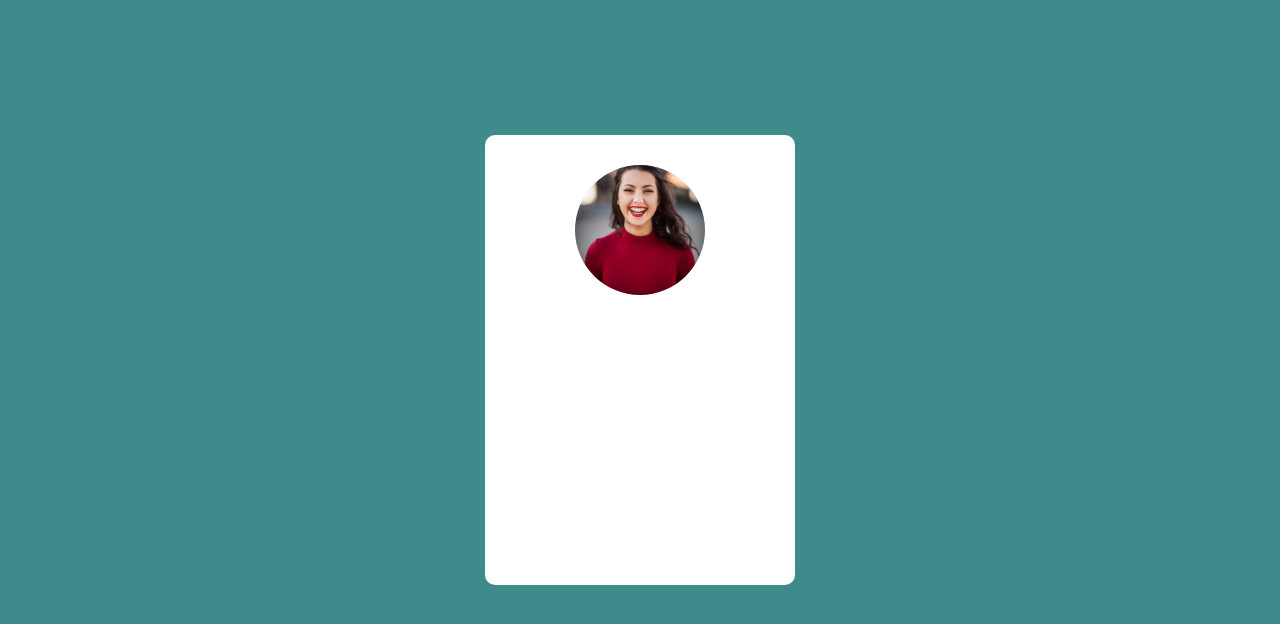
Repository: kiranjeetkaur01/instarequest.github.io
Page: index.html
The author's editor kept a copy of each file at every save. The page is drawn from the files as they stood at one save, then again after the next save.
The browser window is 1280 px wide. The pictures show the whole page.

Above is the page before, as saved 2023-09-12 19:35:56.

### index.html
<!DOCTYPE html>
<html lang="en">
<head>
    <meta charset="UTF-8">
    <meta name="viewport" content="width=device-width, initial-scale=1.0">
    <title>Insta Request Feature</title>
    <link rel="stylesheet" href="style.css">
</head>
<body>
    <div id="main">
        <div id="card">
            <img src="./photo-1494790108377-be9c29b29330.avif" alt="">
        </div>
        <h1></h1>
    </div>

    <script src="script.js"></script>
</body>
</html>

### style.css
*{
    margin: 0;
    padding: 0;
    box-sizing: border-box;
}
html,body{
    height: 100%;
    width: 100%;
}
#main{
    height: 100%;
    width: 100%;
    background-color: rgb(62, 139, 139);
    display: flex;
    align-items: center;
    justify-content: center;
}
#card{
    height: 450px;
    width: 310px;
    background-color: #fff;
    border-radius: 10px;
    padding: 30px;
    text-align: center;
}
#card img{
    height: 130px;
    width: 130px;
    object-fit: cover;
    border-radius: 50%;
}

Loaded but not shown: script.js (no copy from this time; the picture is the same without it)

After the next save:
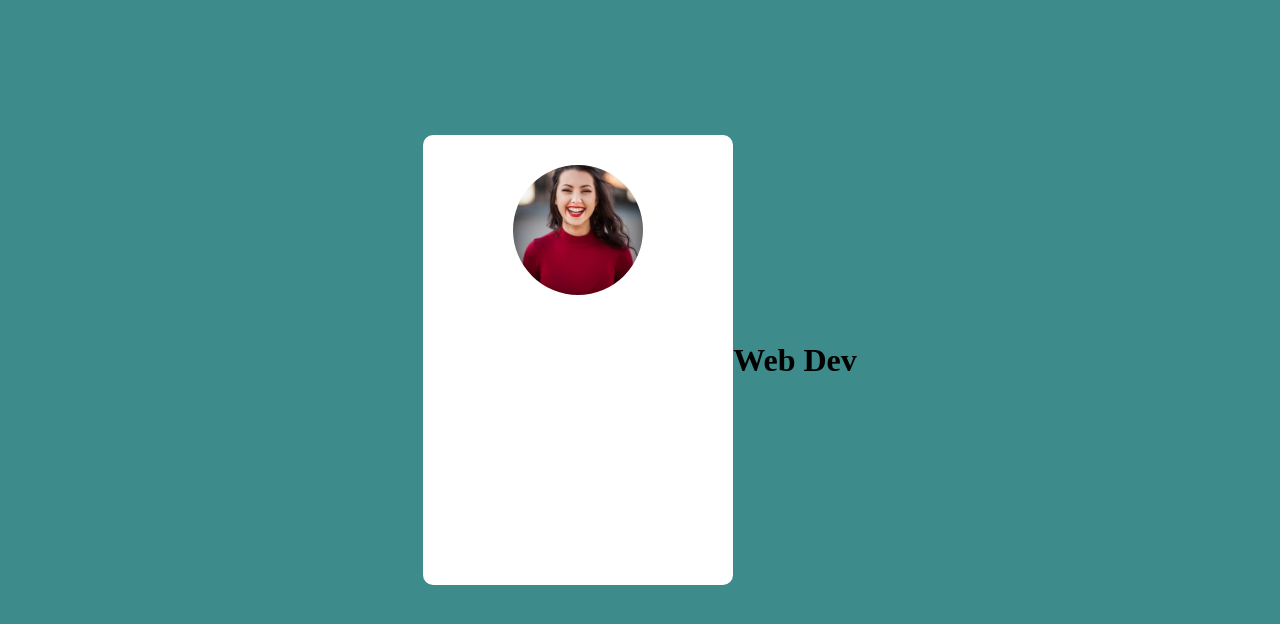
Saved 9 s later.
--- a/index.html
+++ b/index.html
@@ -11,7 +11,7 @@
         <div id="card">
             <img src="./photo-1494790108377-be9c29b29330.avif" alt="">
         </div>
-        <h1></h1>
+        <h1>Web Dev</h1>
     </div>
 
     <script src="script.js"></script>

After the save that followed:
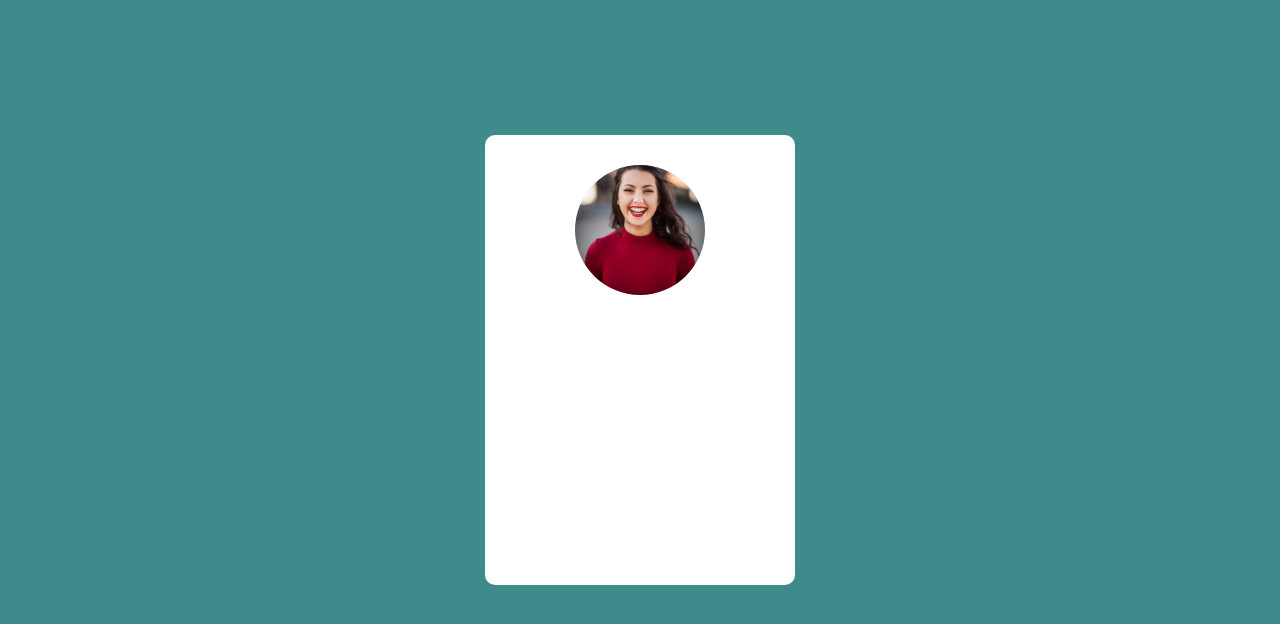
Saved 5 s later.
--- a/index.html
+++ b/index.html
@@ -11,7 +11,7 @@
         <div id="card">
             <img src="./photo-1494790108377-be9c29b29330.avif" alt="">
         </div>
-        <h1>Web Dev</h1>
+        <h1></h1>
     </div>
 
     <script src="script.js"></script>
